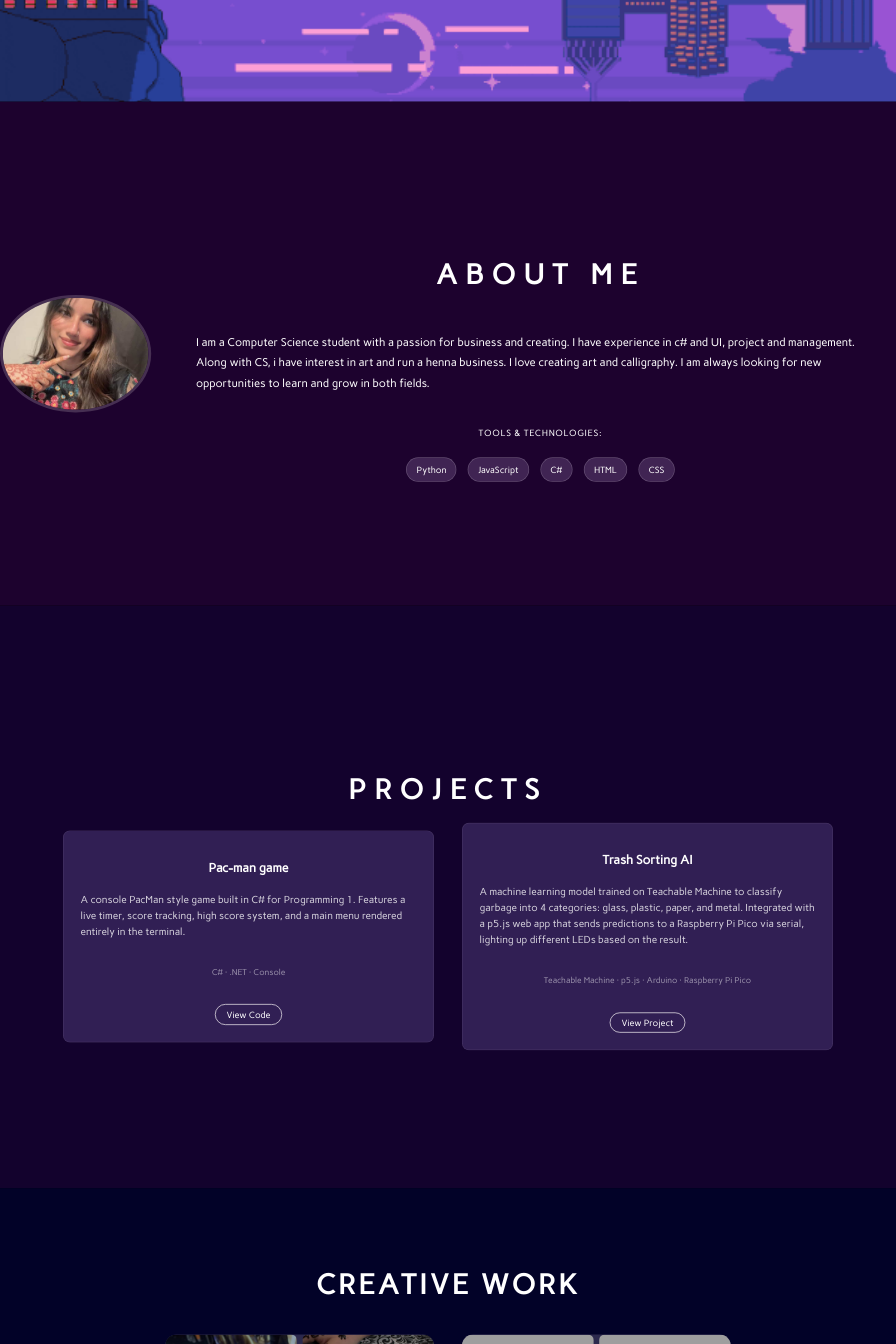
Repository: Rameen-A/Rameen-A
Page: index.html
These files come from the project's save history. The page is drawn as it stood at one moment and after the next save; the edit follows.
The browser window is 1280 px wide. The pictures show the part of the page from y = 626 to 2546 px (the page is 3830 px tall), at 70% of full size.
Pictures or frames that could not be fetched are drawn as grey boxes.

Above is the page before, as saved 2026-05-10 00:24:41.

### index.html
<!DOCTYPE html>
<html lang="en">
  <head>
    <meta charset="UTF-8" />
    <meta name="viewport" content="width=device-width, initial-scale=1.0" />
    <title>Rameen's Portfolio</title>
    <link rel="stylesheet" href="./styles/globals.css" />
    <link rel="stylesheet" href="./styles/index.css" />
  </head>
  <body>
    <nav class="sidebar">
      <ul class="menu">
        <li><a href="#about">About me</a></li>
        <li><a href="#projects">Projects</a></li>
        <li><a href="#creativework">Creative Work</a></li>
        <li><a href="#contact">Contact</a></li>
      </ul>
    </nav>
    <!-- Hero Section -->
    <main>
      <section class="hero">
        <article>
          <h1>Rameen Amir</h1>
          <h3>Computer Science student | Business Artist</h3>
          <a href="#projects">View Projects</a>
        </article>
      </section>
      <!-- About Me Section -->
      <section class="about" id="about">
        <img
          src="assets/images/rameenPFP.jpg"
          alt="Profile Picture Of Rameen"
        />
        <!-- !my image doesnt have srcset - will add in the end -->
        <!-- !need an svg for menu bar and other spots - will end in the end-->

        <div class="about-content">
          <h2 class="aboutMe">About Me</h2>
          <p>
            I am a Computer Science student with a passion for business and
            creating. I have experience in c# and UI, project and management.
            Along with CS, i have interest in art and run a henna business. I
            love creating art and calligraphy. I am always looking for new
            opportunities to learn and grow in both fields.
          </p>
          <p class="tools-labels">Tools & Technologies:</p>
          <ul class="tools-list">
            <li>Python</li>
            <li>JavaScript</li>
            <li>C#</li>
            <li>HTML</li>
            <li>CSS</li>
          </ul>
        </div>
      </section>
      <!-- Projects Section -->
      <section class="projects" id="projects">
        <h2>Projects</h2>
        <div class="cards">
          <article class="card">
            <h3>Pac-man game</h3>
            <p>
              A console PacMan style game built in C# for Programming 1.
              Features a live timer, score tracking, high score system, and a
              main menu rendered entirely in the terminal.
            </p>
            <p class="tech">C# · .NET · Console</p>
            <a href="./pages/project-PacMan-1.html" target="_blank"
              >View Code</a
            >
          </article>
          <article class="card">
            <h3>Trash Sorting AI</h3>
            <p>
              A machine learning model trained on Teachable Machine to classify
              garbage into 4 categories: glass, plastic, paper, and metal.
              Integrated with a p5.js web app that sends predictions to a
              Raspberry Pi Pico via serial, lighting up different LEDs based on
              the result.
            </p>
            <p class="tech">
              Teachable Machine · p5.js · Arduino · Raspberry Pi Pico
            </p>
            <a href="./pages/project-TrashSorting-2.html" target="_blank"
              >View Project</a
            >
          </article>
        </div>
      </section>
      <!-- Creative Work Section -->
      <section class="creative-work" id="creativework">
        <h2>Creative Work</h2>

        <div class="creative-cards">
          <!-- HENNA -->
          <article class="creative-card">
            <div class="creative-images">
              <!--! need to compress images-->
              <!--! need use srcset for images-->
              <img
                src="./assets/images/henna1.jpg"
                alt="Bridal henna design created by Rameen Amir"
              />

              <img
                src="./assets/images/henna2nd.jpg"
                alt="Detailed hand henna artwork by Rameen Amir"
              />
            </div>

            <div class="creative-content">
              <h3>Henna Business</h3>

              <p>
                I run a henna business where I create custom henna designs for
                clients. I specialize in both traditional and modern styles
                while managing appointments, social media marketing, and client
                communication.
              </p>

              <p class="creative-tech">
                Business Management · Social Media Marketing · Client Relations
              </p>

              <a
                href="https://www.instagram.com/henna_byrameen?igsh=OGZzczk1ZWl6bW9p"
                target="_blank"
                rel="noopener noreferrer"
              >
                View Instagram
              </a>
            </div>
          </article>

          <!-- CALLIGRAPHY -->
          <article class="creative-card">
            <div class="creative-images">
              <img
                src="./assets/images/calligraphy1-small.jpg"

                alt="Arabic calligraphy artwork by Rameen Amir"
              />
              <!--! need to compress images-->
              <!--! need use srcset for images-->


              <img
                src="./assets/images/calligraphy2-small.jpg"

                alt="Modern acrylic calligraphy painting by Rameen Amir"
              />
            </div>

            <div class="creative-content">
              <h3>Calligraphy Art</h3>

              <p>
                I create traditional and modern calligraphy artwork using
                acrylic painting techniques. My work
                focuses on creativity, detail, and visual storytelling.
              </p>

              <p class="creative-tech">
                Traditional Calligraphy · Acrylic Painting
              </p>
            </div>
          </article>
        </div>
      </section>

      <!-- CONTACT Section -->
      <section id="contact" class="contact">
        <h2 id="contact">Contact</h2>
        <div class="contact-cards">
          <div class="contact-card">
            <p class="contact-label">Email</p>
            <a href="mailto:rameenamir.ca@gmail.com" target="_blank"
              >rameenamir.ca@gmail.com</a
            >
          </div>

          <div class="contact-card">
            <p class="contact-label">LinkedIn</p>
            <a
              href="https://www.linkedin.com/in/rameen-amir-5a9912349/"
              target="_blank"
              >Rameen Amir</a
            >
          </div>
          <div class="contact-card">
            <p class="contact-label">Phone Number</p>
            <a href="tel:5145617912">514-561-7912</a>
          </div>
          <div class="contact-card">
            <p class="contact-label">Henna Business Instagram</p>
            <a
              href="https://www.instagram.com/henna_byrameen?igsh=OGZzczk1ZWl6bW9p"
              target="_blank"
              >Henna_byrameen</a
            >
          </div>
          <div class="contact-card">
            <p class="contact-label">CV</p>
            <a href="assets/images/rameen cv 26.png" target="_blank">View CV</a>
          </div>
        </div>
      </section>
    </main>
  </body>
</html>

### styles/globals.css
/* FONT DEFS */
@font-face {
  font-family: "main font";
  src: url(../assets/fonts/Carme/Carme-Regular.ttf);
}

/* CROSS PAGE STYLES */
body {
  color: white;
  font-family: "main font", Verdana, sans-serif;
  margin: 0;
}

h1 {
  font-weight: bold;
  text-transform: uppercase;
  font-size: 1.75rem;
}
h3 {
  font-size: 1.3rem;
}

a {
  text-decoration: none;
  color: white;
  font-size: 1rem; /*! too small*/
}
ul {
  list-style: none;
  padding: 0;
  margin: 0;
}
a:hover {
  text-decoration: underline;
}
@media (min-width: 768px) {
  h1 {
    font-size: 2.5rem;
  }
  h3 {
    font-size: 1.5rem;
  }

  a {
    font-size: 1rem;
  }
}

### styles/index.css
body {
  margin: 0;
  top: 0;
  background-color: black;
}

.hero {
  display: flex;
  align-items: center;
  justify-content: center;
  text-align: center;
  height: 100vh;

  background-image: url(../assets/images/getsitecontrol__compress-gif__free.gif);
  background-size: cover;
  background-position: center;
  background-repeat: no-repeat;
}
.hero a,
.card a {
  border: 2px solid rgb(238, 236, 236);
  padding: 0.5rem;
  border-radius: 20px;
}
article {
  opacity: 1;
}
/*menu bar */
.menu {
  background: rgba(0, 0, 0, 0.9);
  display: flex;
  flex-direction: row;
  justify-content: flex-end;
}

/* ABOUT ME  */
.about {
  display: flex;
  align-items: center;
  justify-content: center;
  min-height: 100vh;
  text-align: center;

  gap: 2.5rem;
  flex-direction: column;

  background-color: rgb(29, 2, 46);
}
.about h2 {
  font-size: 1.75rem;
  margin-bottom: 1rem;
  letter-spacing: 0.3em;
  text-transform: uppercase;
}
.about-content {
  display: flex;
  flex-direction: column;
  align-items: center;
  gap: 1rem;
  margin: 0 1rem;
  width: 100%;
  max-width: 90%;
  text-align: left;
  line-height: 1.8;
  font-size: 1rem;
}
.about img {
  width: 13rem;
  height: 10rem;

  object-fit: cover;
  border-radius: 50%;

  border: 4px solid rgba(232, 225, 225, 0.2);
}
.about-list li {
  font-size: 0.95rem;
  line-height: 1.5;
}

.tools-labels {
  font-size: 0.8rem;
  text-transform: uppercase;
  letter-spacing: 0.08em;
  text-align: left;
  margin-bottom: 0.5rem;
}
.tools-list {
  display: flex;
  flex-wrap: wrap; /* allows items to wrap / internet*/
  gap: 1rem;
  text-align: left;
  justify-content: center;
}
.tools-list li {
  background-color: rgb(64, 36, 83);
  border: 1px solid rgba(255, 255, 255, 0.2);
  border-radius: 20px;
  padding: 0.3rem 0.85rem;
  font-size: 0.8rem;
}
/*PROJECTS*/
.projects {
  display: flex;
  justify-content: center;
  min-height: 100vh;
  background-color: rgb(19, 2, 45);
  align-items: center;
  padding-top: 4rem;
  padding-bottom: 3rem;
  flex-direction: column;
}
.projects h2 {
  font-size: 1.75rem;
  margin-bottom: 1rem;
  letter-spacing: 0.3em;
  text-transform: uppercase;
}

.cards {
  display: flex;
  flex-direction: column;
  gap: 1.5rem;
  align-items: center;
  margin: 0 1rem;
  width: 100%;
  max-width: 90%;
  text-align: left;
}
.card {
  background-color: #311f54;
  border: 1px solid rgba(230, 216, 225, 0.1);
  border-radius: 10px;
  padding: 1.5rem;
  text-align: left;
  display: flex;
  flex-direction: column;
  align-items: center;
  gap: 1rem;
  margin: 0.5rem;
}

.card:hover {
  border-color: rgba(244, 243, 243, 0.4);
}

.card h3 {
  font-size: 1.1rem;
  margin-bottom: 0.5rem;
}

.card p {
  font-size: 0.9rem;
  line-height: 1.6;
  opacity: 0.8;
  margin: 0 0 0.5rem 0;
}

.card .tech {
  font-size: 0.75rem;
  opacity: 0.5;
  margin: 0.75rem 0;
}

.card a {
  display: inline-block;
  border: 1px solid rgb(244, 239, 242);
  padding: 0.4rem 1rem;
  border-radius: 20px;
  font-size: 0.8rem;
  margin-top: 0.5rem;
}

.card a:hover {
  background-color: rgb(247, 235, 235);
  color: #0a1628;
  text-decoration: none;
}

/*CREATIVE WORK*/
.creative-work {
  background-color: rgb(2, 2, 40);
  padding: 5rem 1rem;
  text-align: center;
}

.creative-work h2 {
  font-size: 1.75rem;
  margin-bottom: 3rem;
  letter-spacing: 0.3rem;
  text-transform: uppercase;
}

.creative-cards {
  display: flex;
  flex-direction: column;
  gap: 2.5rem;
  align-items: center;
}

.creative-card {
  background-color: #2c294d;
  border-radius: 1rem;
  overflow: hidden;
  width: 100%;
  max-width: 22rem;

  transition: transform 0.3s ease;
}
.creative-images {
  display: grid;
  grid-template-columns: 1fr 1fr;
  gap: 0.5rem;
}

.creative-images img {
  width: 100%;
  height: 12rem;
  object-fit: cover;
  border-radius: 0.5rem;
}

.creative-card img {
  width: 100%;
  height: 16rem;
  object-fit: cover;
  display: block;
}

.creative-content {
  padding: 1.5rem;
  text-align: left;
}

.creative-content h3 {
  margin-bottom: 1rem;
  font-size: 1.3rem;
}

.creative-content p {
  line-height: 1.7;
}

/*CONTACT PAGE*/
.contact {
  display: flex;
  flex-direction: column;
  align-items: center;

  padding-bottom: 6rem;
  padding: 4rem 1rem;

  background-color: rgb(2, 0, 0);
}
.contact p {
  font-size: 1.2rem;
}
.contact h2 {
  font-size: 1.75rem;
  margin-bottom: 1rem;
  letter-spacing: 0.3em;
  text-transform: uppercase;
}
.contact-cards {
  display: flex;
  flex-direction: column;
  gap: 1.5rem;

  width: 100%;
  max-width: 90%;

  margin: 0; /*margin auto*/
  align-items: center;
}
.contact-card {
  background-color: #976095;
  padding: 1rem;
  border-radius: 10px;
  text-align: center;
  position: relative;
  overflow: hidden;
  width: 100%;
  max-width: 22rem;
}

.hover-text {
  position: absolute;
  inset: 0; /* fills the card */

  display: flex;
  align-items: center;
  justify-content: center;

  opacity: 0;
  transition: opacity 0.3s ease;
}
.contact-card:hover {
  transform: translateY(-8px);
  transition: transform 0.3s ease;
}
.contact-card a {
  opacity: 0;
  transition: opacity 0.3s ease;
  display: block;
  margin-top: 0.5rem;
  background-color: #e28ed1;
  font-size: 1rem;
}
.contact-card:hover a {
  opacity: 1;
  background-color: #e28ed1;
  border: 1px solid rgb(237, 215, 234);
  font-size: 1rem;
}

.contact-card:hover .hover-text {
  opacity: 1;
}
.contact-card .label {
  font-size: 1rem;
  text-transform: uppercase;
}

/* nav mods */
nav {
  position: sticky;
  top: 0;
}

nav ul {
  display: flex;
  justify-content: flex-end;
  margin: 0rem;
}

nav ul li {
  list-style: none;
  margin: 1rem;
}

/* Mobile-first navigation */
nav ul {
  justify-content: center;
}

/* Tablet and desktop layouts */
@media (min-width: 768px) {
  nav ul {
    justify-content: flex-end;
  }

  .about {
    gap: 3rem;
    text-align: left;
    flex-direction: row;
    text-align: left;
  }
  .card {
    max-width: 30rem;
  }

  .cards {
    flex-direction: row;
    flex-wrap: wrap;
    justify-content: center;
  }
  .creative-cards {
    flex-direction: row;
    justify-content: center;
    align-items: stretch;
    flex-wrap: wrap;
  }

  .creative-card {
    max-width: 24rem;
  }

  .creative-work h2 {
    font-size: 2.5rem;
  }

  .contact-cards {
    flex-direction: row;
    flex-wrap: wrap;
    justify-content: center;
  }

  .about h2,
  .projects h2,
  .contact h2 {
    font-size: 2.5rem;
  }
}

After the next save:
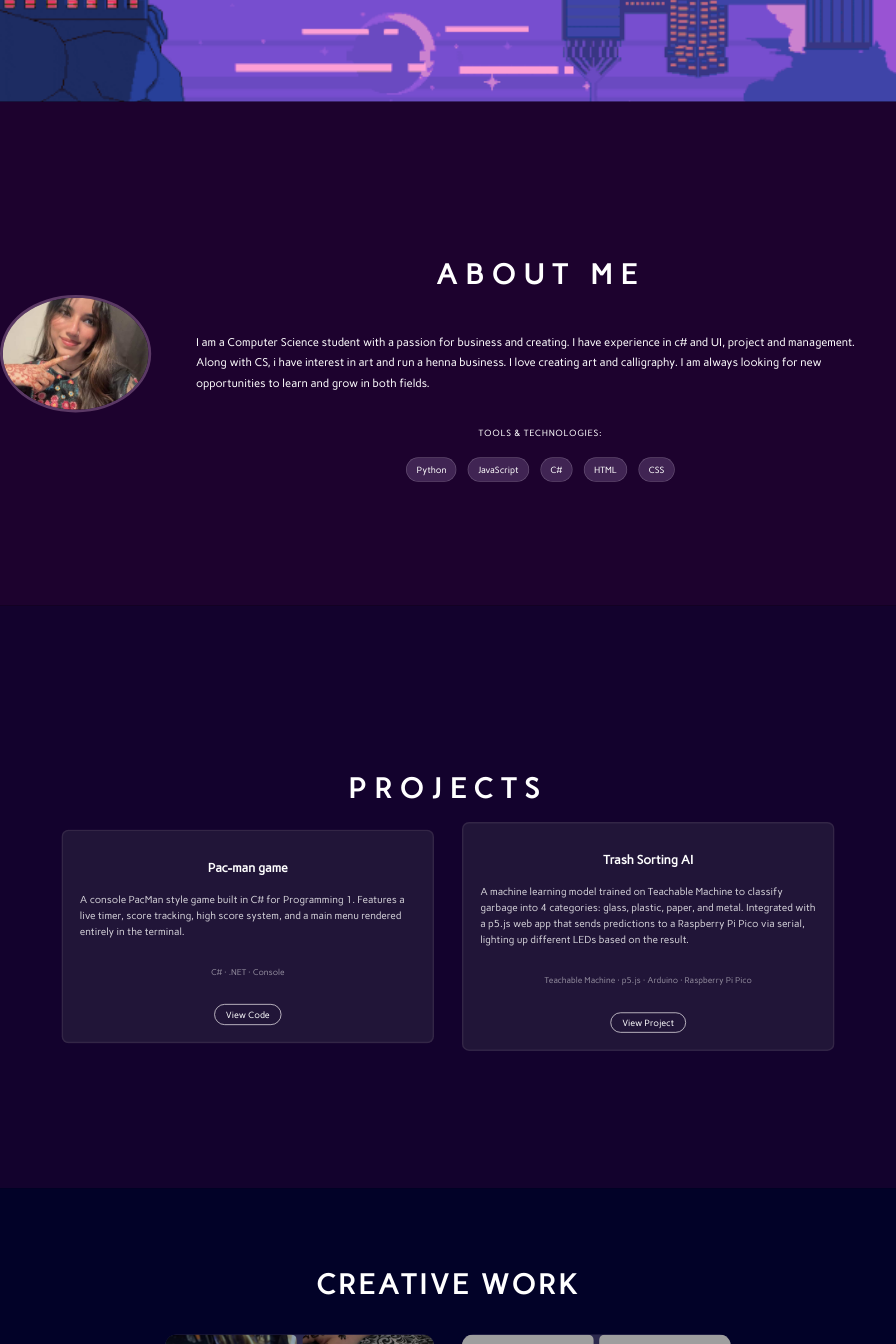
Saved 2 min 48 s later.
--- a/styles/index.css
+++ b/styles/index.css
@@ -71,7 +71,7 @@ article {
   object-fit: cover;
   border-radius: 50%;
 
-  border: 4px solid rgba(232, 225, 225, 0.2);
+  border: 4px solid rgb(91, 57, 101);
 }
 .about-list li {
   font-size: 0.95rem;
@@ -128,8 +128,8 @@ article {
   text-align: left;
 }
 .card {
-  background-color: #311f54;
-  border: 1px solid rgba(230, 216, 225, 0.1);
+  background-color: #211538;
+  border: 2px solid rgba(201, 187, 196, 0.1);
   border-radius: 10px;
   padding: 1.5rem;
   text-align: left;
@@ -290,7 +290,7 @@ article {
   display: flex;
   align-items: center;
   justify-content: center;
-
+  border: 1 px solid rgba(240, 229, 229, 0.1);
   opacity: 0;
   transition: opacity 0.3s ease;
 }
